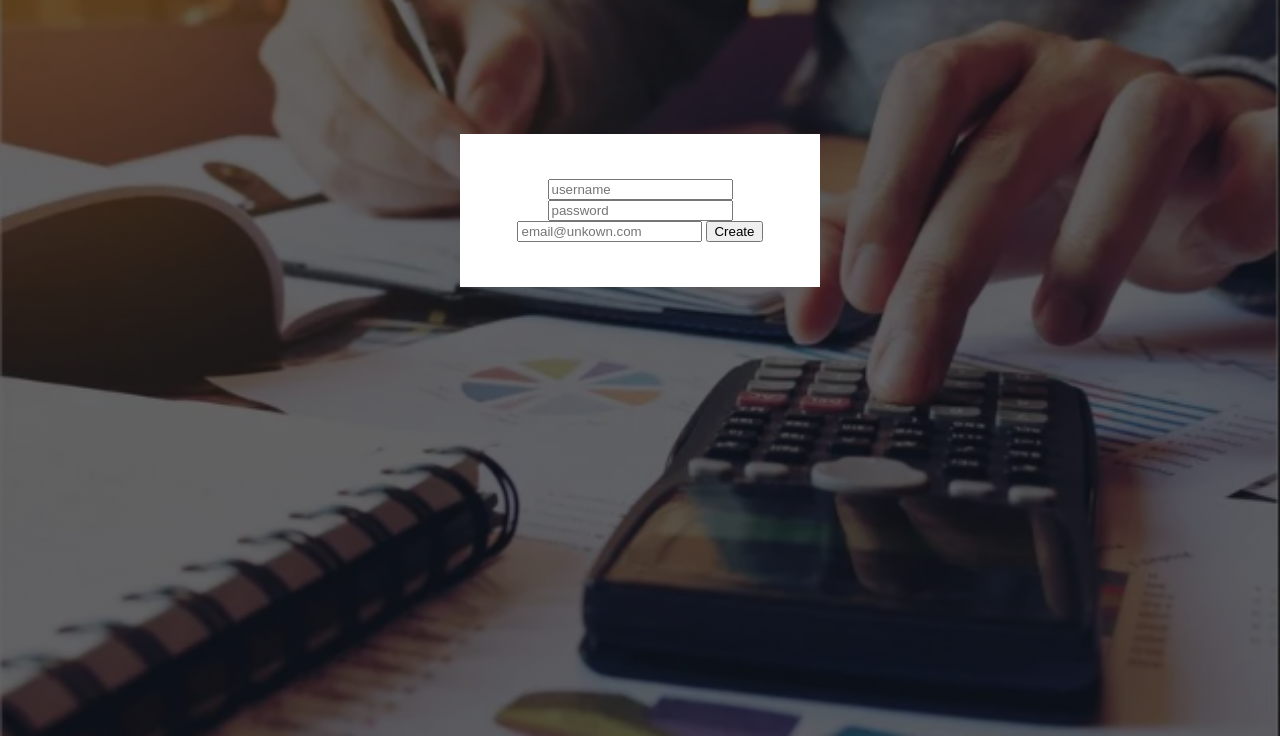
Repository: rambo1022/Project-1
Page: index.html
An editor plug-in stored every save of this project. The page is shown before and after the next save, followed by the edit.
The browser window is 1280 px wide. The pictures show the whole page.

Above is the page before, as saved 2019-12-01 15:12:17.

After the next save:
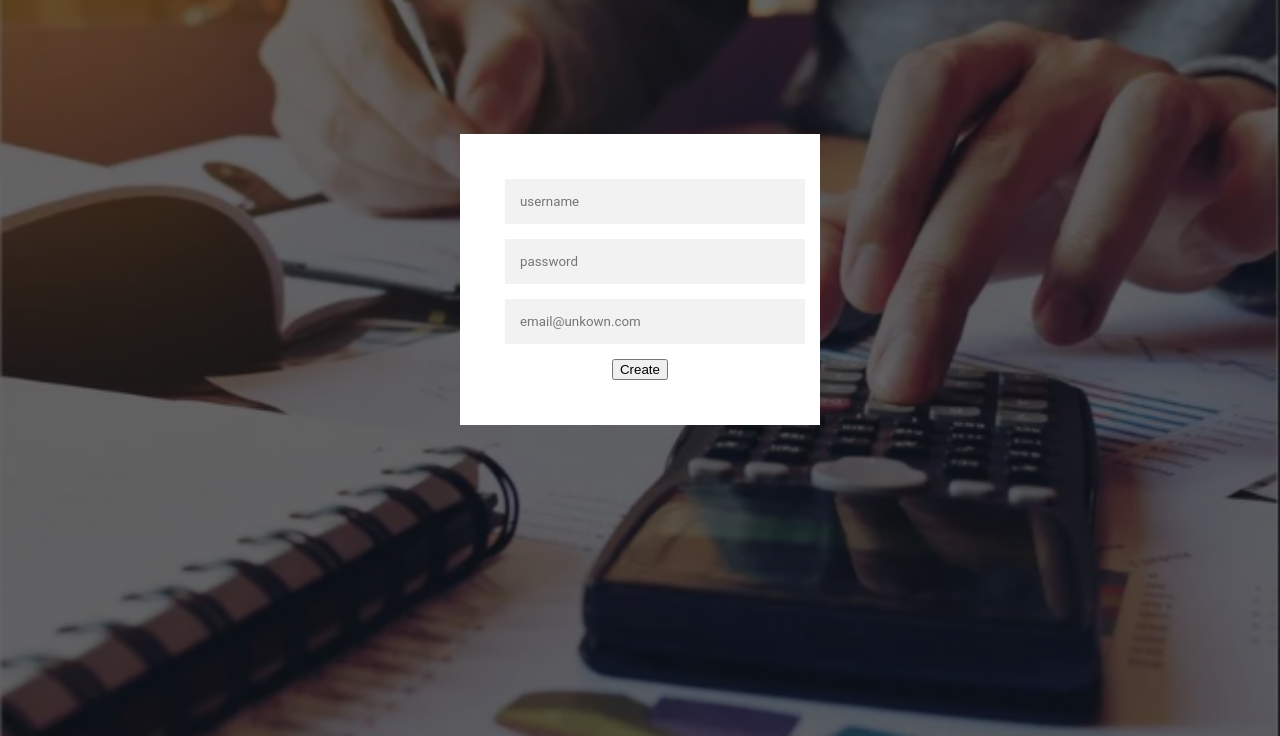
Saved 5 min 42 s later.
--- a/Sign-Up/signup.css
+++ b/Sign-Up/signup.css
@@ -25,3 +25,13 @@ body {
     text-align: center;
 
 }
+
+.form input {
+    font-family: "Roboto", sans-serif;
+    outline: 1;
+    background: #f2f2f2;
+    width: 100%;
+    border: 0;
+    margin: 0 0 15px;
+    padding: 15px;
+}
